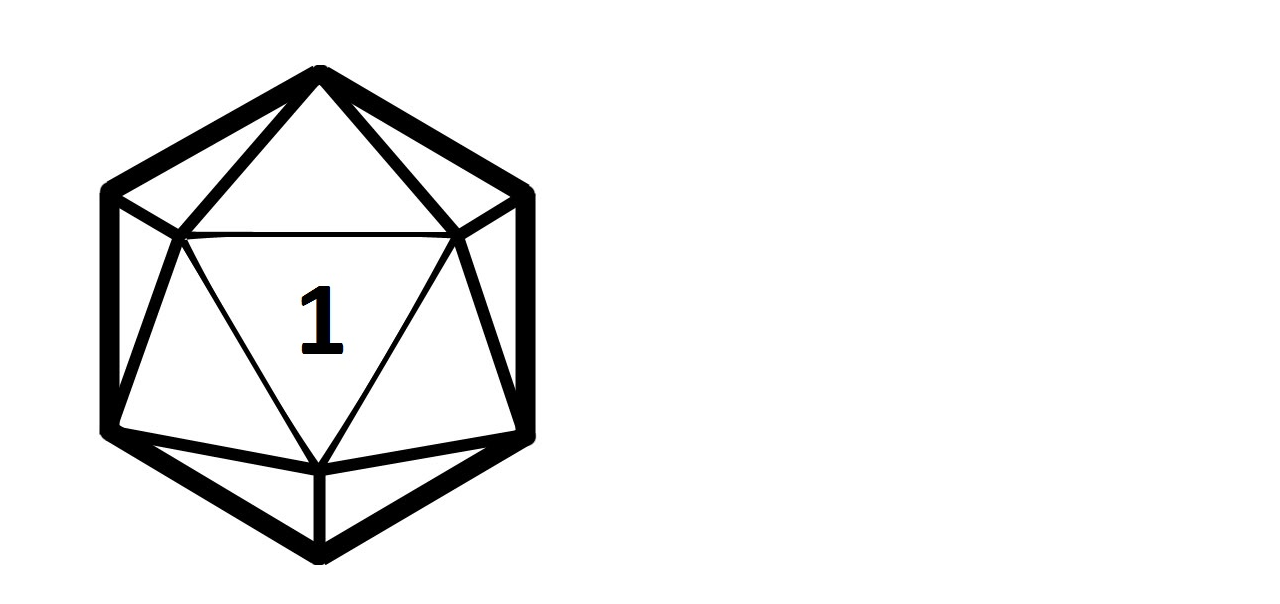
Repository: ttiede/F21
Page: fj-21-agenda/WebContent/404.html
These files come from the project's save history. The page is drawn as it stood at one moment and after the next save; the edit follows.
The browser window is 1280 px wide. The pictures show the whole page.
Some web libraries are served in a nearby version.

Above is the page before, as saved 2017-11-18 13:25:33.

After the next save:
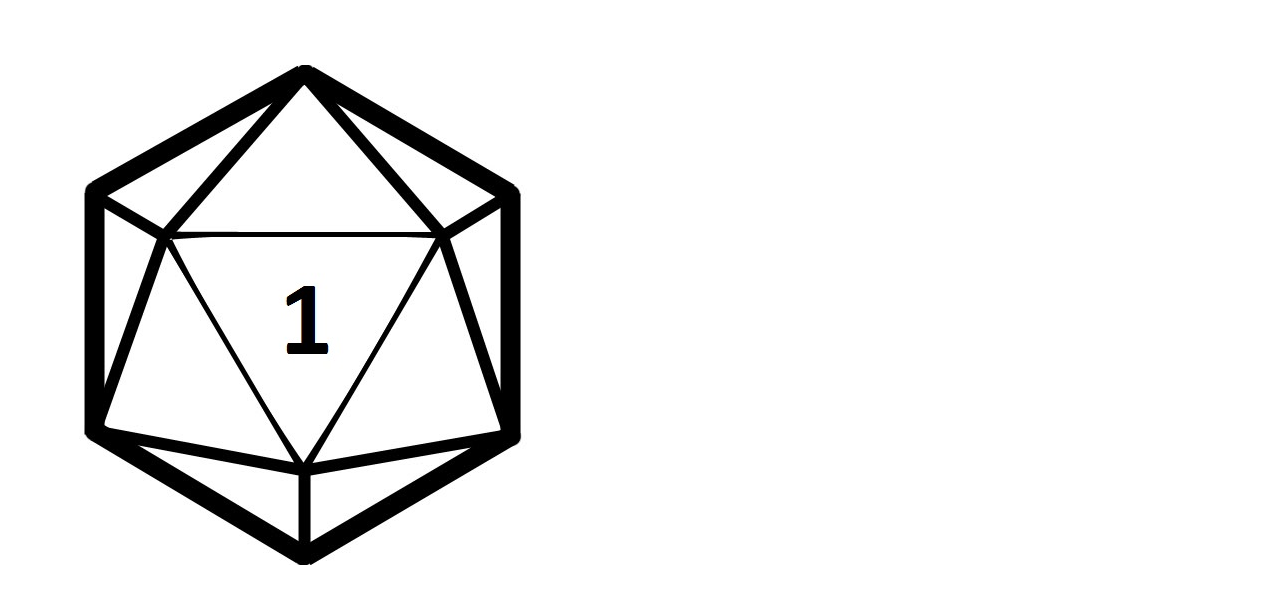
Saved 17 s later.
--- a/fj-21-agenda/WebContent/404.html
+++ b/fj-21-agenda/WebContent/404.html
@@ -20,7 +20,7 @@
 
 	<div class="container" style="margin-top: 65px;">
 		<div class="row">
-			<div class="col-sm-12">
+			<div class="col-sm-12-center">
 				<img src="./assets/img/error.jpg" />
 			</div>
 		</div>
